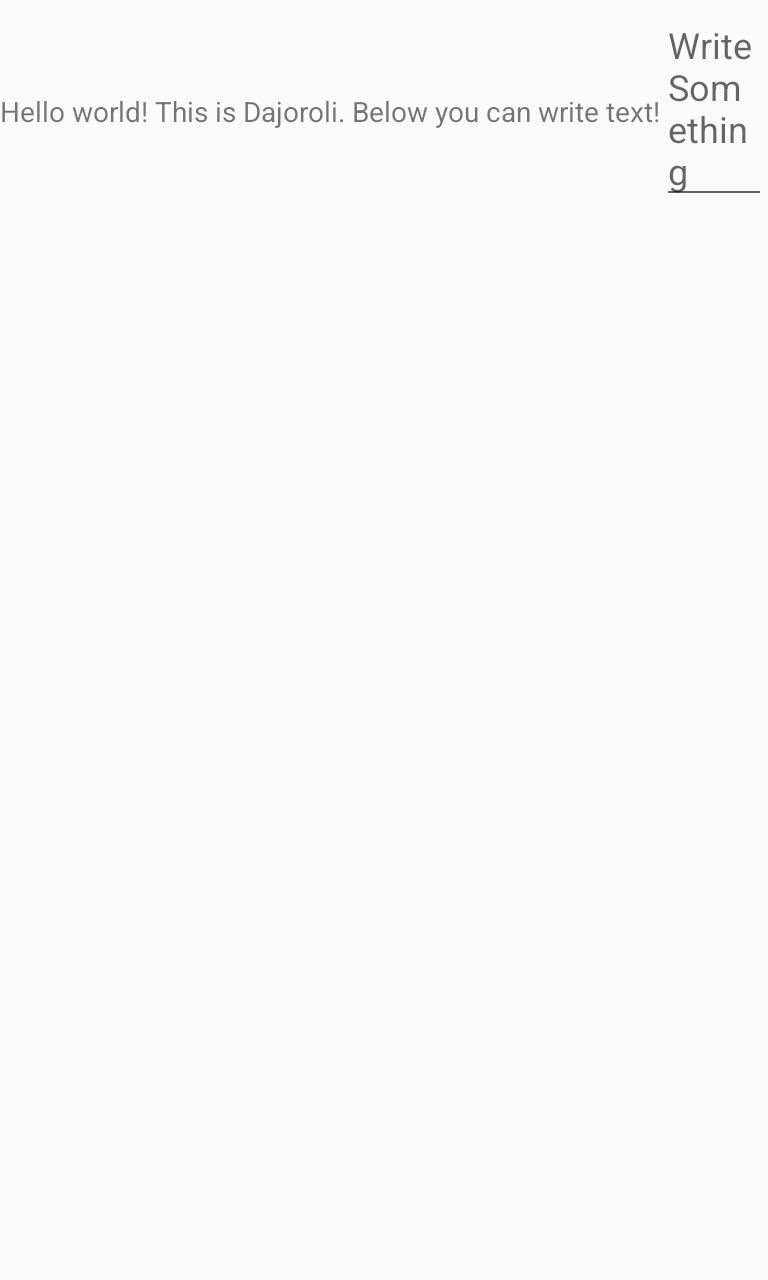
Repository: wisingd/Dajoroli
Layout: Workspace/MyFirstApp/res/layout/fragment_main.xml
The author's editor kept a copy of each file at every save. The layout is drawn from the files as they stood at one save, then again after the next save.
It is drawn on a 768 x 1280 px phone screen (xhdpi) without system bars, with theme AppTheme; the app's code is not run.

Above is the layout before, as saved 2014-04-20 10:22:17.

After the next save:
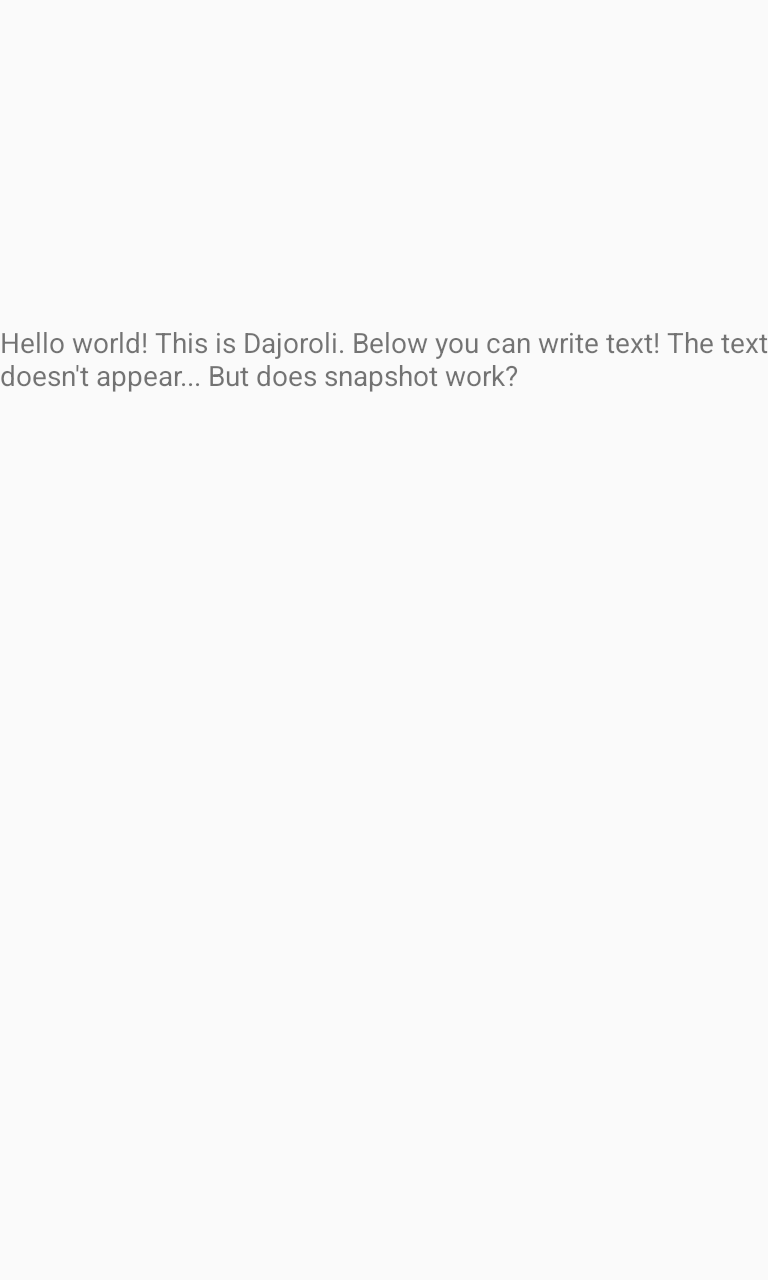
Saved 115 s later.
--- a/Workspace/MyFirstApp/res/values/strings.xml
+++ b/Workspace/MyFirstApp/res/values/strings.xml
@@ -2,7 +2,7 @@
 <resources>
 
     <string name="app_name">MyFirstApp</string>
-    <string name="hello_world">Hello world! This is Dajoroli. Below you can write text!</string>
+    <string name="hello_world">Hello world! This is Dajoroli. Below you can write text! The text doesn't appear... But does snapshot work?</string>
     <string name="action_settings">Settings</string>
     <string name="edit_message">Write Something</string>
 
